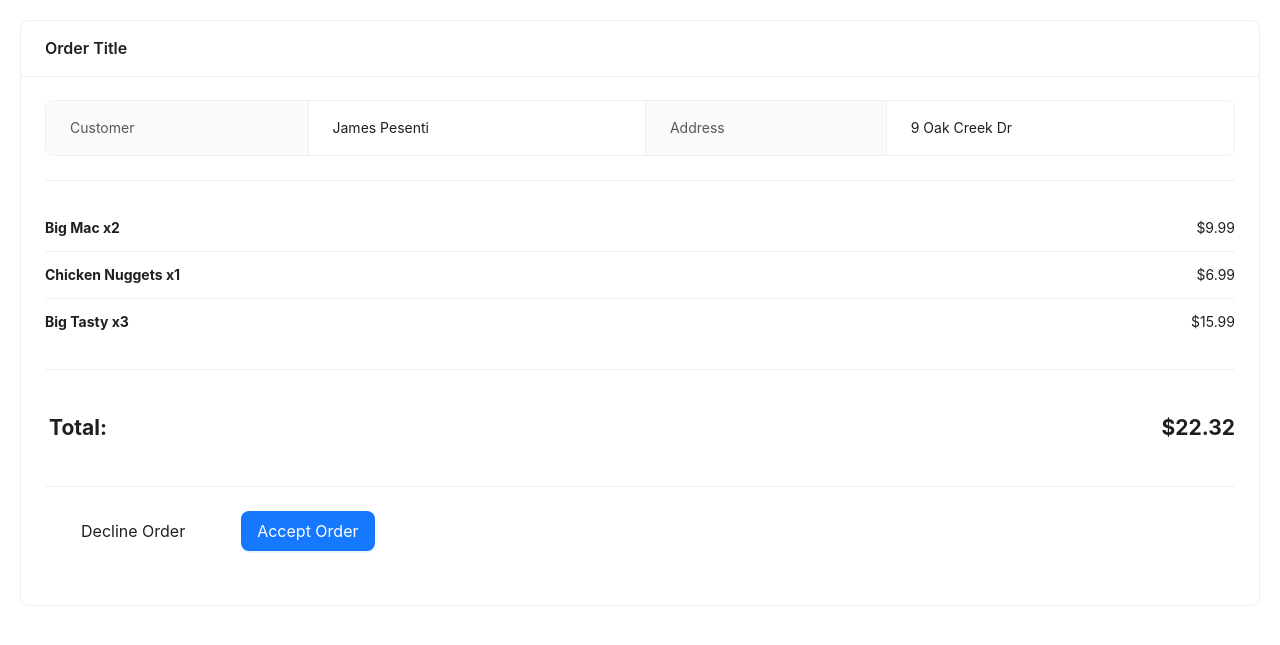
Repository: JamesPesenti/UberEatsDashboard
Page: /
These files come from the project's save history. The page is drawn as it stood at one moment and after the next save; the edit follows.
The browser window is 1280 px wide. The pictures show the whole page.
The project was rebuilt for these pictures with package versions that can differ from the ones it lists, and the page was loaded fresh each time.

Above is the page before, as saved 2023-02-25 07:15:51.

### src/index.js
import React from 'react';
import ReactDOM from 'react-dom/client';
import './index.css';
import App from './App';
// import "antd/dist/antd.css"


const root = ReactDOM.createRoot(document.getElementById('root'));
root.render(
  <React.StrictMode>
    <App />
  </React.StrictMode>
);

### src/App.js
import { Card, Descriptions, Divider, List, Button } from "antd"
import dishes from "../src/data/dishes.json"


function App() {
  return (
    <>
      <Card title={'Order Title'} style={{ margin: 20, marginVertical: 50}}>
        <Descriptions bordered column={{lg: 1, md: 1, sm: 1}}>
          <Descriptions.Item label="Customer">James Pesenti</Descriptions.Item>
          <Descriptions.Item label="Address">9 Oak Creek Dr</Descriptions.Item>
        </Descriptions>
        <Divider />
        <List
          dataSource={dishes}
          renderItem={(dishItem) => (
            <List.Item>
              <div style={{fontWeight: "bold"}}>{dishItem.name} x{dishItem.quantity}</div>
              <div>${dishItem.price}</div>
            </List.Item>
          )}
        />
        <Divider />
        <div style={styles.totalContainer}>
          <h2>Total:</h2>
          <h2 style={styles.totalPrice}>$22.32 </h2>
        </div>
        <Divider />
        <div style={styles.buttonContainer}>
            <Button style={styles.button} type="ghost" size="large">
              Decline Order
            </Button>
            <Button style={styles.button} type="primary" size="large">
              Accept Order
            </Button>
        </div>
      </Card>
    </>
  );
}


const styles = {
  totalContainer: {
    flexDirection: "row",
    display: "flex",
    paddingLeft: 4
  },
  totalPrice: {
    marginLeft: "auto",
    fontWeight: "bold"
  },
  buttonContainer: {
    display: "flex",
    paddingBottom: 30
  },
  button: {
    marginRight: 20,
    marginLeft: 20
  }
}

export default App;

Loaded but not shown: public/index.html (common file); src/index.css (common file); src/data/dishes.json (common file)

After the next save:
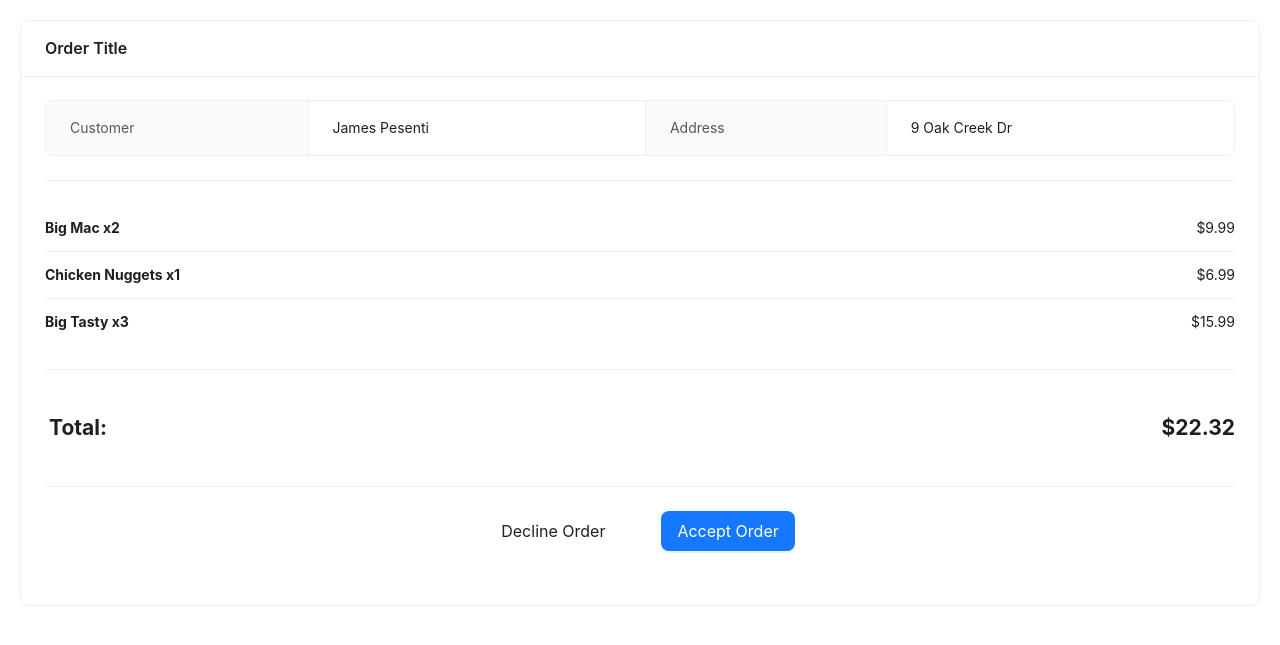
Saved 23 s later.
--- a/src/App.js
+++ b/src/App.js
@@ -52,7 +52,8 @@ const styles = {
   },
   buttonContainer: {
     display: "flex",
-    paddingBottom: 30
+    paddingBottom: 30,
+    justifyContent: "center"
   },
   button: {
     marginRight: 20,
